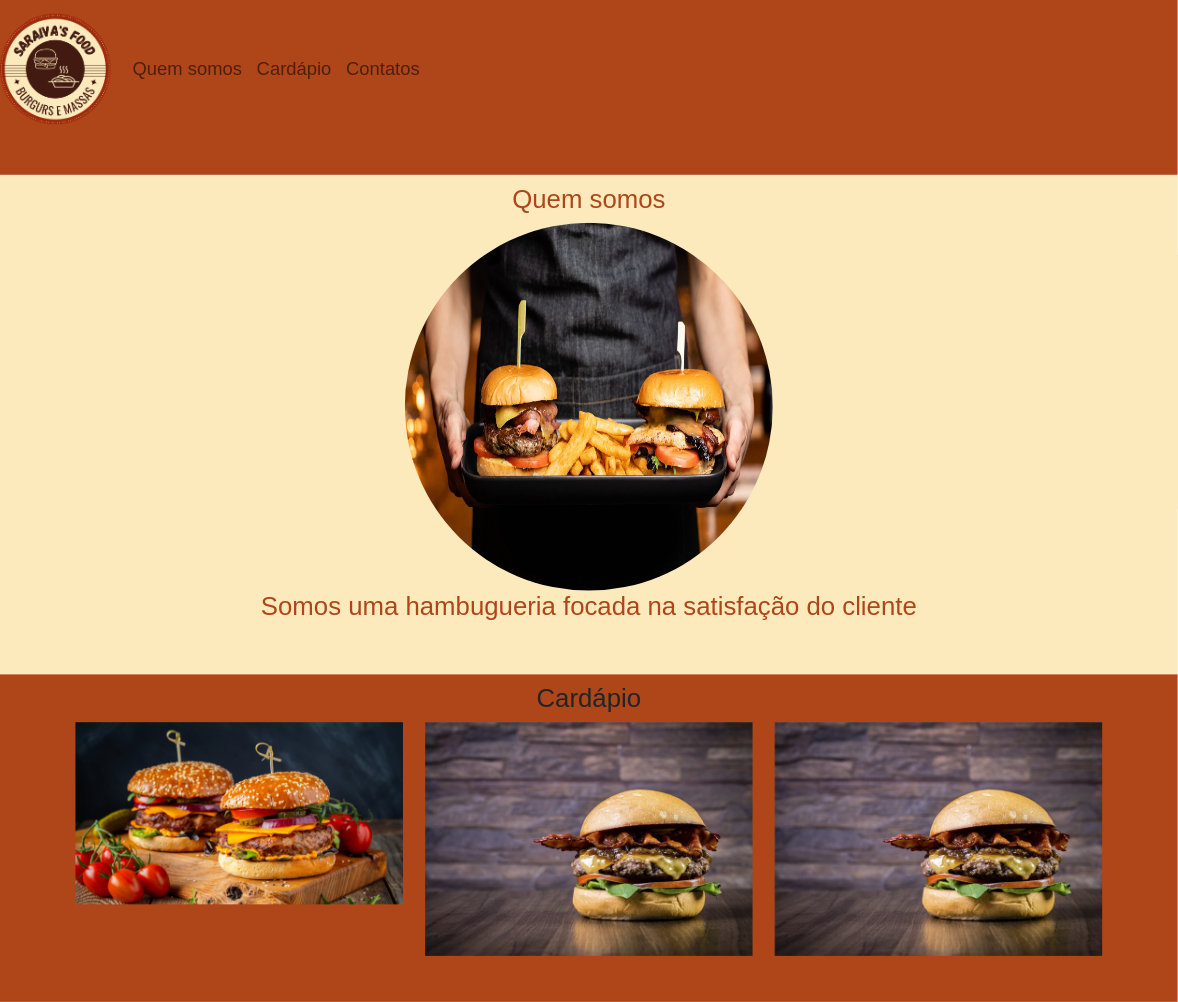
Repository: Tuanemendes/curso_bootstrap
Page: projeto1/index.html
The author's editor kept a copy of each file at every save. The page is drawn from the files as they stood at one save, then again after the next save.
The browser window is 1280 px wide. The pictures show the whole page, at 92% of full size.

Above is the page before, as saved 2022-04-04 17:12:04.

After the next save:
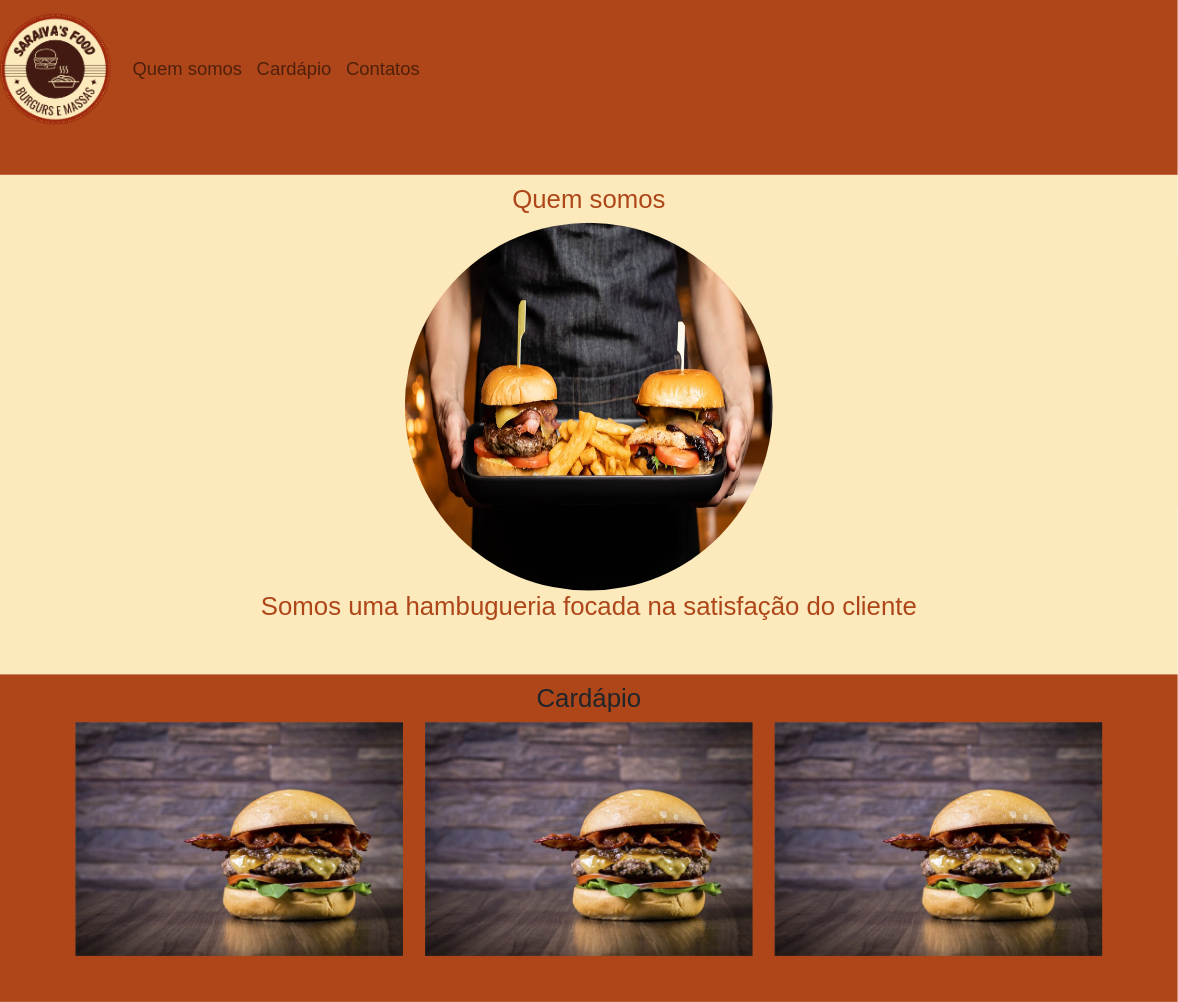
Saved 14 s later.
--- a/projeto1/index.html
+++ b/projeto1/index.html
@@ -41,7 +41,7 @@
             <div class="container">
                 <div class="row">
                     <div class="col-lg-4">
-                         <img src="/img/dia_do_hamburguer_EPA_0.jpg" alt="" width="100%" >
+                         <img src="/img/como-montar-uma-hamburgueria.jpg" alt="" width="100%" >
 
                     </div>
                     <div class="col-lg-4">
